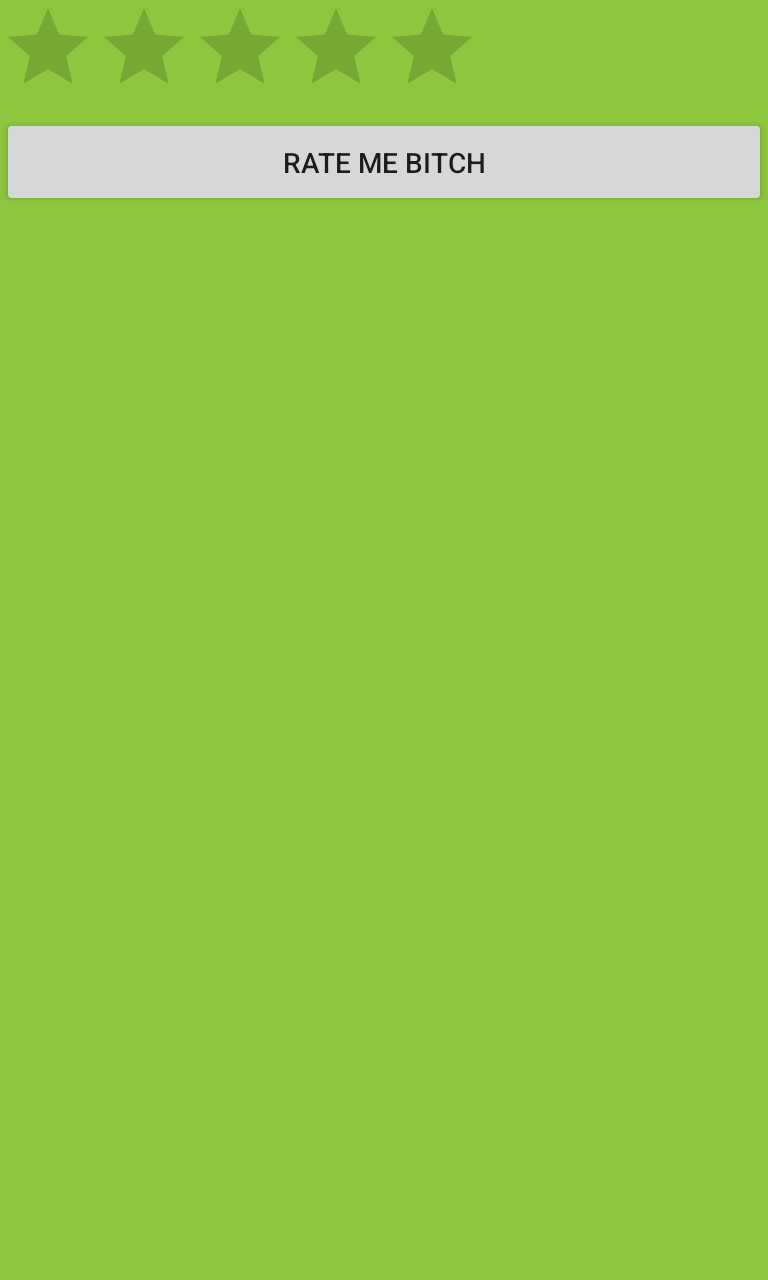
Repository: Hedlundaren/androidmenu
Layout: startmenu/res/layout/menu2.xml
An editor plug-in stored every save of this project. The layout is shown before and after the next save, followed by the edit.
It is drawn on a 768 x 1280 px phone screen (xhdpi) without system bars, with theme AppTheme; the app's code is not run.

Above is the layout before, as saved 2014-11-05 20:17:41.

### startmenu/res/layout/menu2.xml
<?xml version="1.0" encoding="utf-8"?>
<LinearLayout xmlns:android="http://schemas.android.com/apk/res/android"
    android:layout_width="match_parent"
    android:layout_height="match_parent"
    android:background="@drawable/green"
    android:orientation="vertical" >

    <RatingBar
        android:id="@+id/ratingBar1"
        android:layout_width="wrap_content"
        android:layout_height="wrap_content" />

    <Button
        android:id="@+id/button1"
        android:layout_width="match_parent"
        android:layout_height="wrap_content"
        android:text="RATE ME BITCH" />

</LinearLayout>

Loaded but not shown: startmenu/res/values/styles.xml (common file); startmenu/res/values-v11/styles.xml (common file); startmenu/res/values-v14/styles.xml (common file)

After the next save:
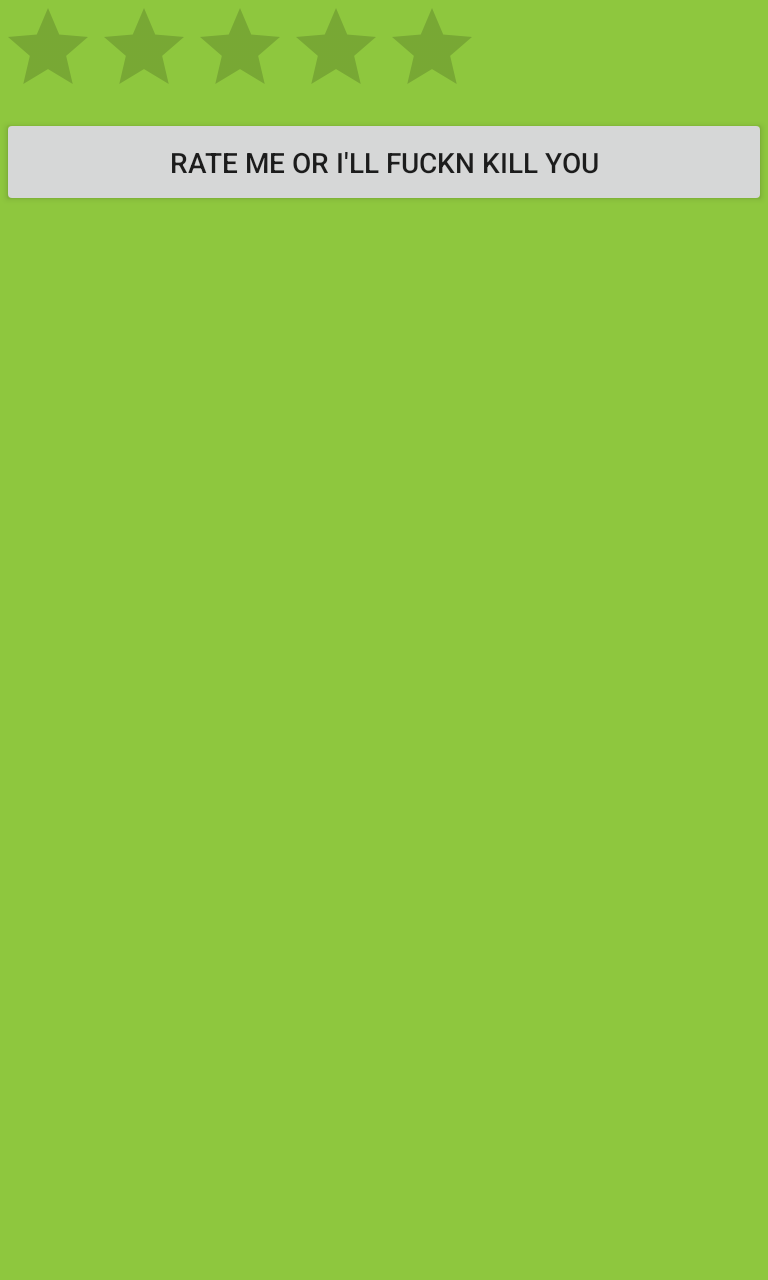
Saved 18 s later.
--- a/startmenu/res/layout/menu2.xml
+++ b/startmenu/res/layout/menu2.xml
@@ -14,6 +14,6 @@
         android:id="@+id/button1"
         android:layout_width="match_parent"
         android:layout_height="wrap_content"
-        android:text="RATE ME BITCH" />
+        android:text="RATE ME OR I'LL FUCKN KILL YOU" />
 
 </LinearLayout>
